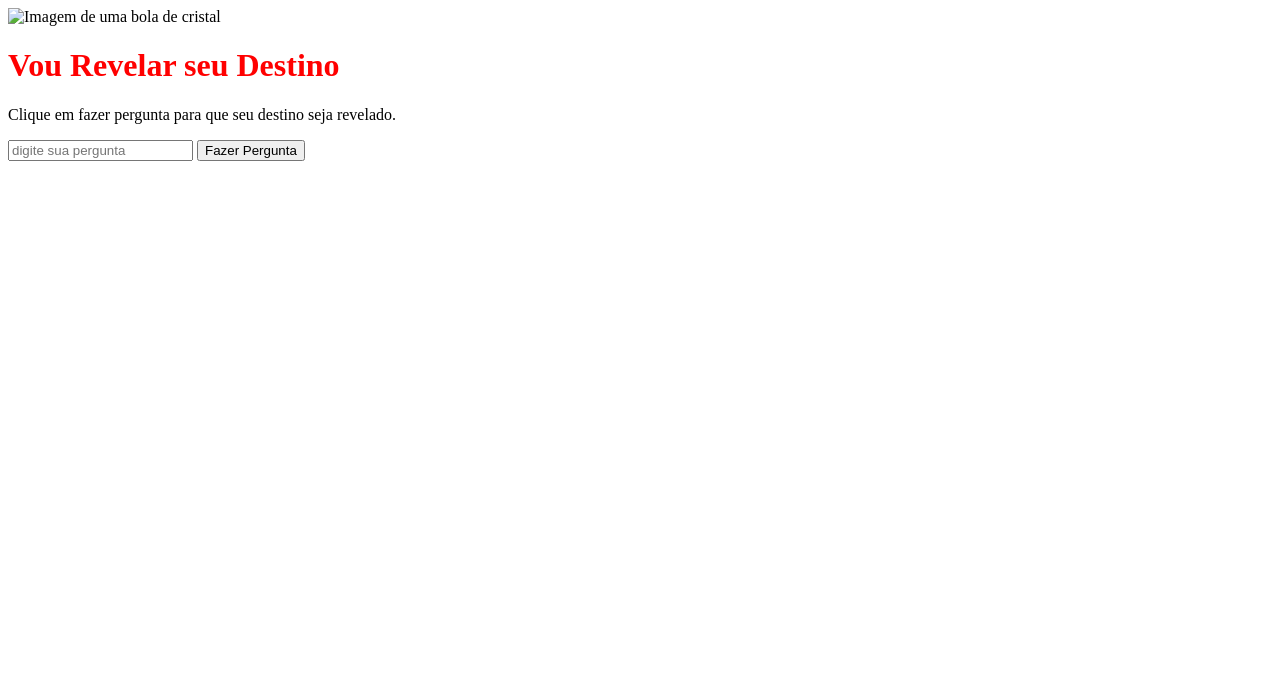
Repository: guilhermecardoso93/nlwexplorer
Page: index.html
An editor plug-in stored every save of this project. The page is shown before and after the next save, followed by the edit.
The browser window is 1280 px wide. The pictures show the whole page.

Above is the page before, as saved 2022-06-06 09:34:40.

### index.html
<!DOCTYPE html>
<html lang="pt-br">
  <head>
    <meta charset="UTF-8" />
    <meta http-equiv="X-UA-Compatible" content="IE=edge" />
    <meta name="viewport" content="width=device-width, initial-scale=1.0" />
    <link rel="stylesheet" href="./styles.css" />
    <title>NLW Explorer</title>
  </head>
  <body>
    <main>
      <img src="" alt="Imagem de uma bola de cristal"/>
      <h1>Vou Revelar seu Destino</h1>
      <p>Clique em fazer pergunta para que seu destino seja revelado.</p>
      <input type="text" placeholder="digite sua pergunta" />
      <button>Fazer Pergunta</button>
    </main>
  </body>
  <script src="./script.js"></script>
</html>

### styles.css
h1 {
  color:red;
}

Loaded but not shown: script.js (no stored copy; drawn as an empty file)

After the next save:
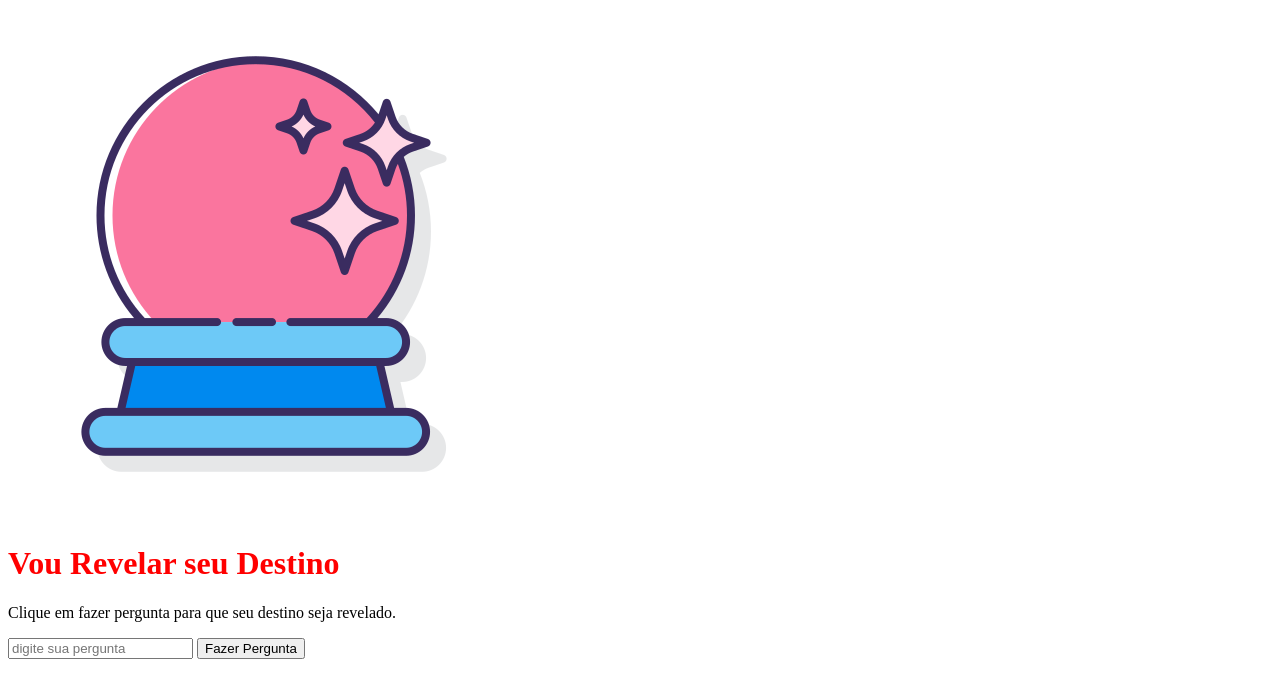
Saved 21 min 40 s later.
--- a/index.html
+++ b/index.html
@@ -9,7 +9,7 @@
   </head>
   <body>
     <main>
-      <img src="" alt="Imagem de uma bola de cristal"/>
+      <img src="./cristalball.png" alt="Imagem de uma bola de cristal"/>
       <h1>Vou Revelar seu Destino</h1>
       <p>Clique em fazer pergunta para que seu destino seja revelado.</p>
       <input type="text" placeholder="digite sua pergunta" />
